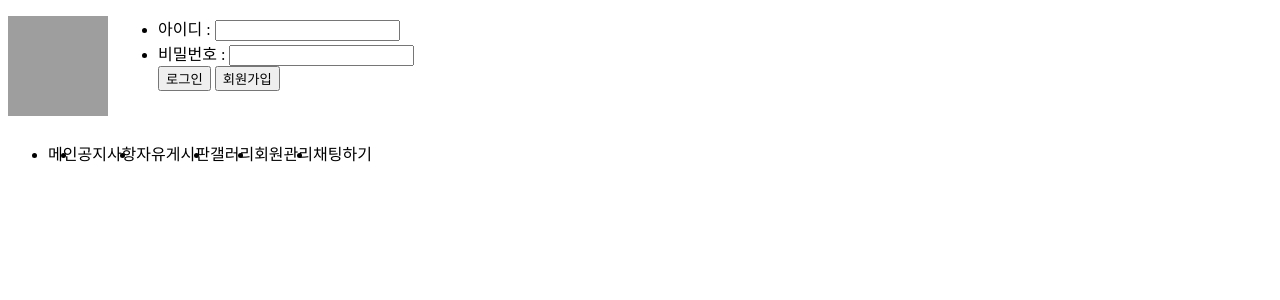
Repository: giwon8701/Qclass_KH
Page: Workspace_Java/testWebProject/WebContent/test2.html
An editor plug-in stored every save of this project. The page is shown before and after a run of saves, followed by the edit.
The browser window is 1280 px wide. The pictures show the whole page.
Pictures or frames that could not be fetched are drawn as grey boxes.

Above is the page before, as saved 2021-01-11 02:59:43.

After the next 2 saves:
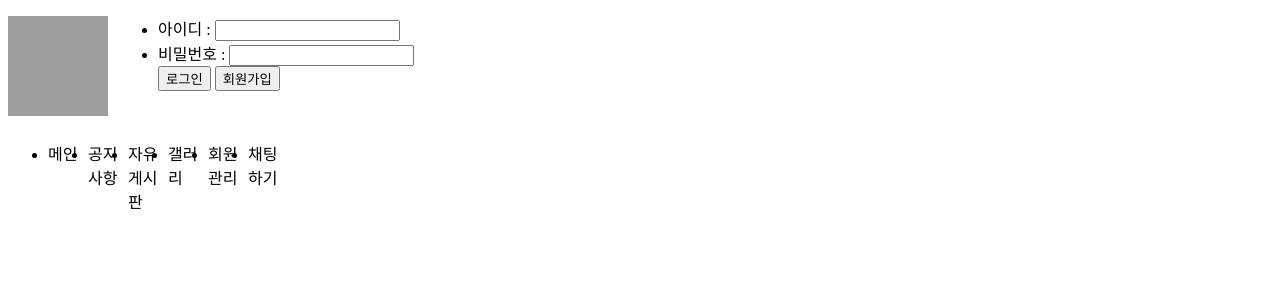
The 2 saves are shown as one change because they came seconds apart.
The last was saved 32 s later.
--- a/Workspace_Java/testWebProject/WebContent/test2.html
+++ b/Workspace_Java/testWebProject/WebContent/test2.html
@@ -5,7 +5,7 @@
 <style>
 .nav li {
 	float: left;
-	position: relative;
+	width: 40px;
 }
 </style>
 </head>
